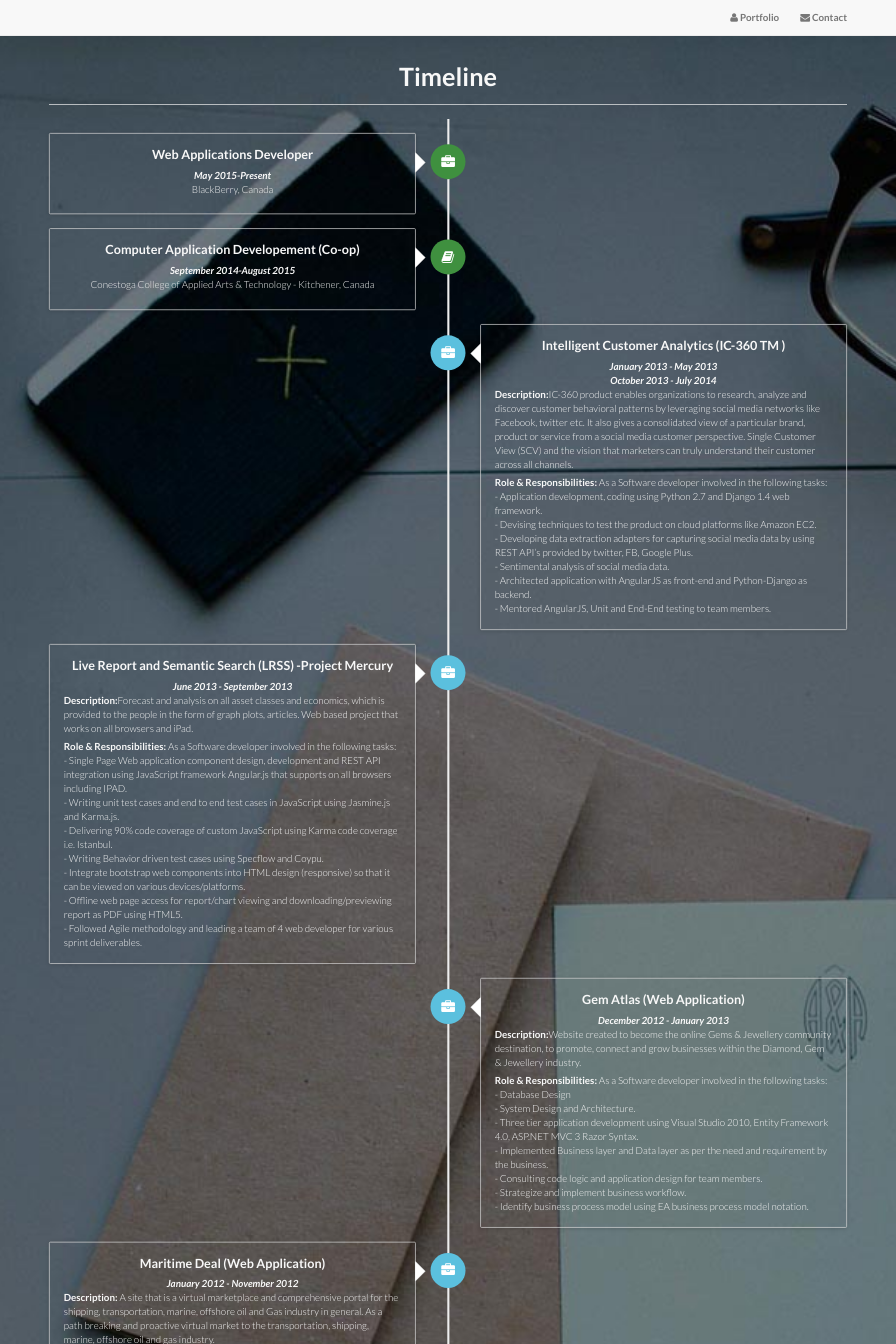
Repository: zahidmak/zahidmak.github.io
Page: portfolio.html
The author's editor kept a record of every edit. The page is drawn from the files as they stood at one moment, then again after the next edit.
The browser window is 1280 px wide. The pictures show the part of the page from y = 0 to 1920 px (the page is 2813 px tall before and 1950 px after), at 70% of full size.

Above is the page before.

After the next edit:
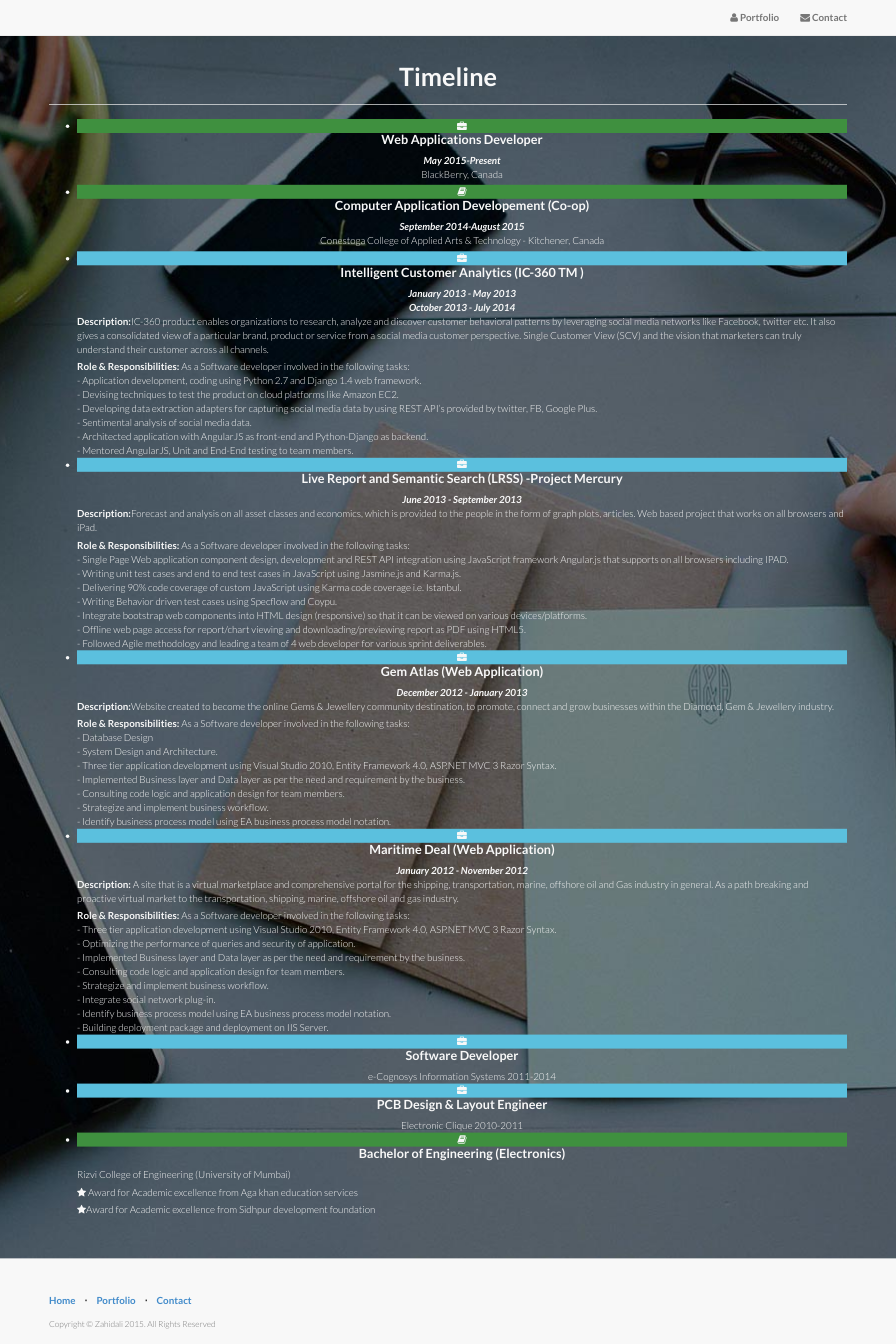
The edit:
--- a/portfolio.html
+++ b/portfolio.html
@@ -95,7 +95,7 @@
             <div class="page-header">
                 <h1 id="timeline">Timeline</h1>
             </div>
-            <ul class="timeline">
+            <ul class="timeline-inverted">
                 <li>
                     <div class="timeline-badge success"><i class="fa fa-briefcase"></i>
                     </div>
